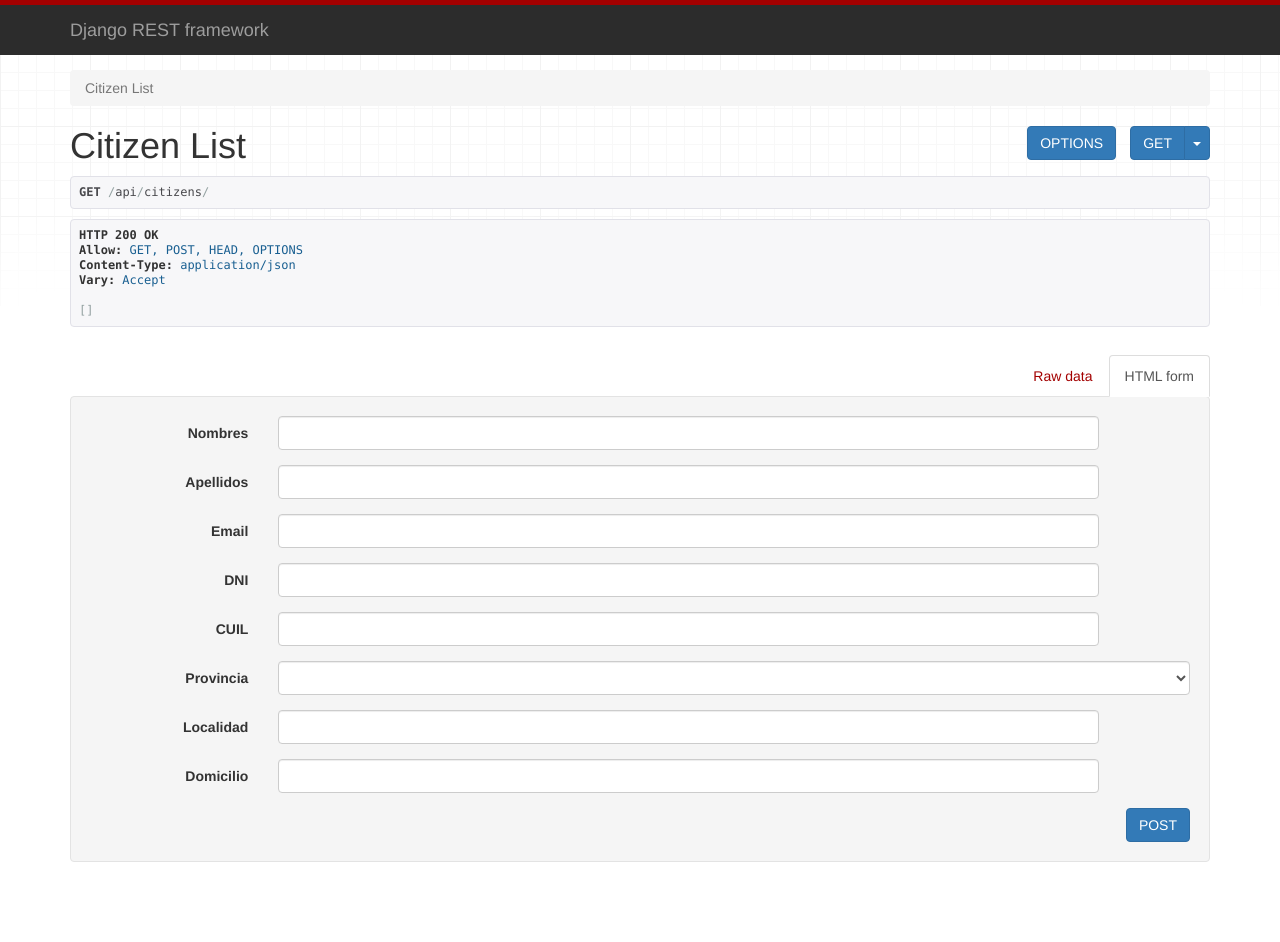
Repository: AlejandroJesusSerrano/athena
Page: http://localhost/api/citizens/
The author's editor kept a copy of each file at every save. The page is drawn from the files as they stood at one save, then again after the next save.
The browser window is 1280 px wide. The pictures show the whole page.
Backgrounds fixed to the window are drawn as part of the page. The page is served by the project's application, run on Django 4.2 (manage.py). Queries for data that is not in the repository find no rows.

Above is the page before, as saved 2023-10-10 17:08:28.

After the next save:
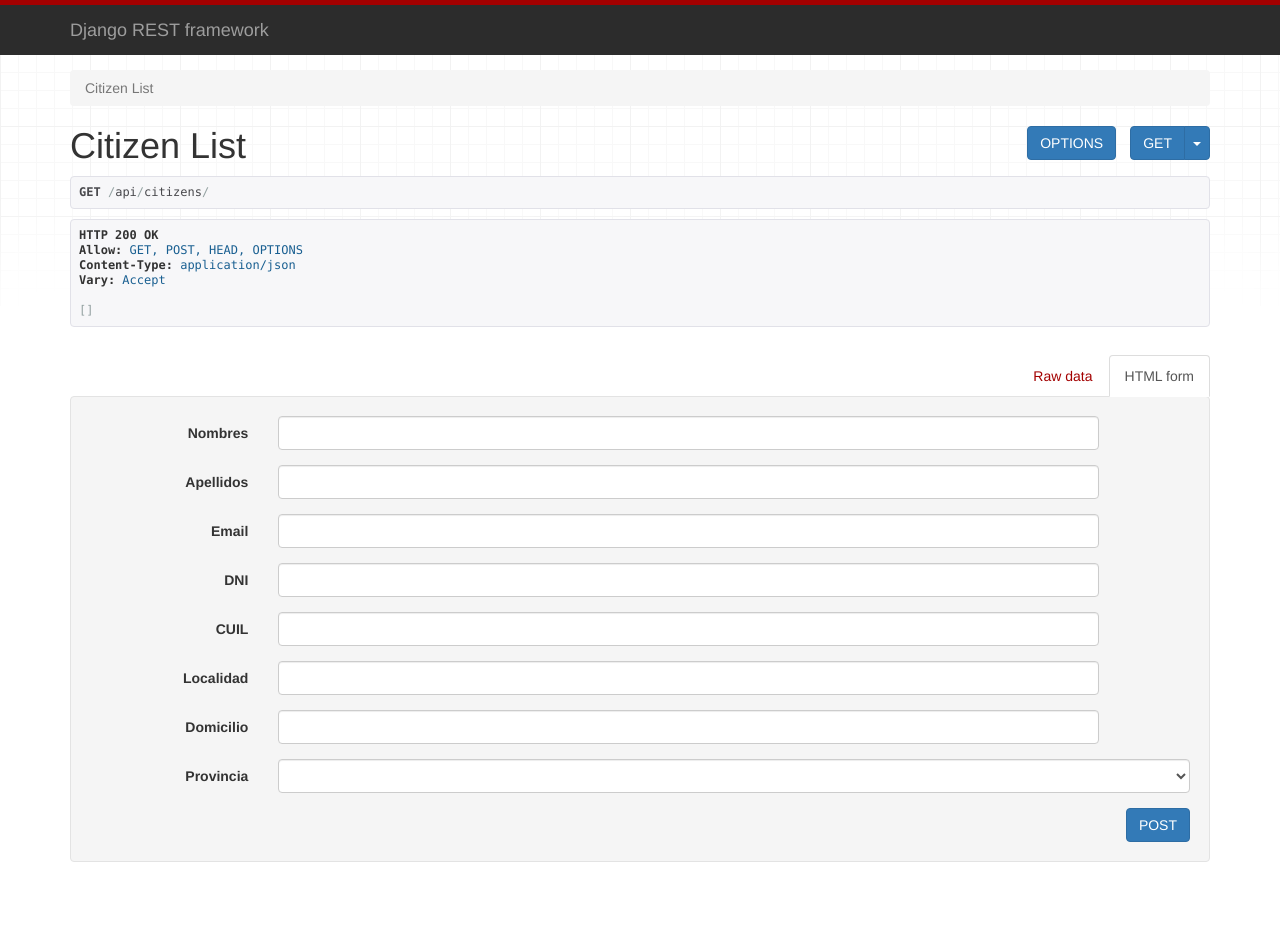
Saved 3 min 0 s later.
--- a/justify/citizens/serializers.py
+++ b/justify/citizens/serializers.py
@@ -4,7 +4,7 @@ from .models import Citizen, Province
 class CitizenSerializer(serializers.ModelSerializer):
   class Meta:
     model = Citizen
-    fields = ('names', 'last_names', 'email', 'dni', 'cuil', 'province', 'location', 'address', 'created_at')
+    fields = '__all__'
 
 class ProvinceSerializer(serializers.ModelSerializer):
   class Meta:
